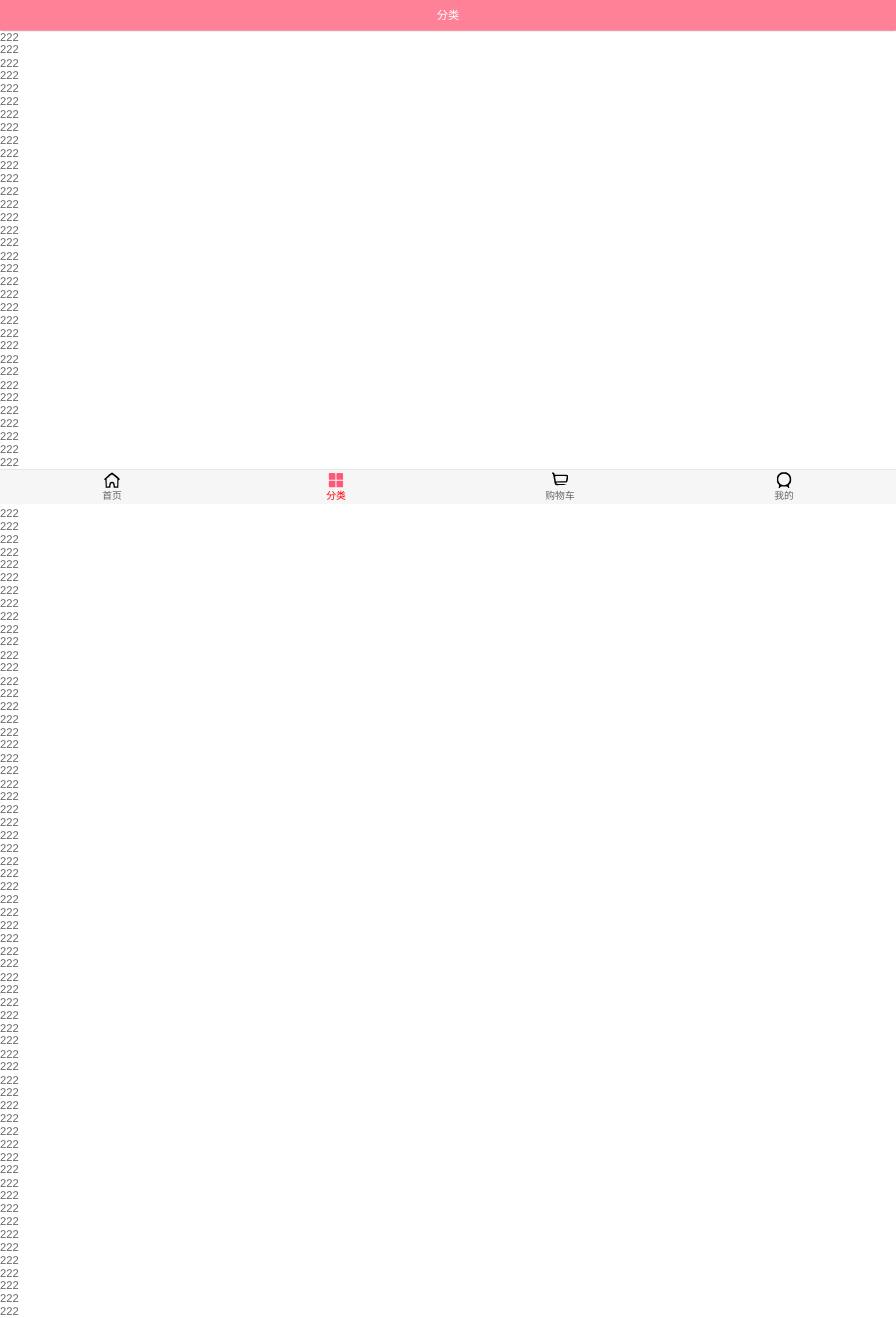
Repository: bymio/mall
Page: /category
The author's editor kept a copy of each file at every save. The page is drawn from the files as they stood at one save, then again after a run of saves.
The browser window is 1280 px wide. The pictures show the whole page, at 70% of full size.
The project was rebuilt for these pictures with package versions that can differ from the ones it lists, and the page was loaded fresh each time. Also part of the build but not shown: vue.config.js.

Above is the page before, as saved 2021-06-22 18:43:57.

After the next 12 saves:
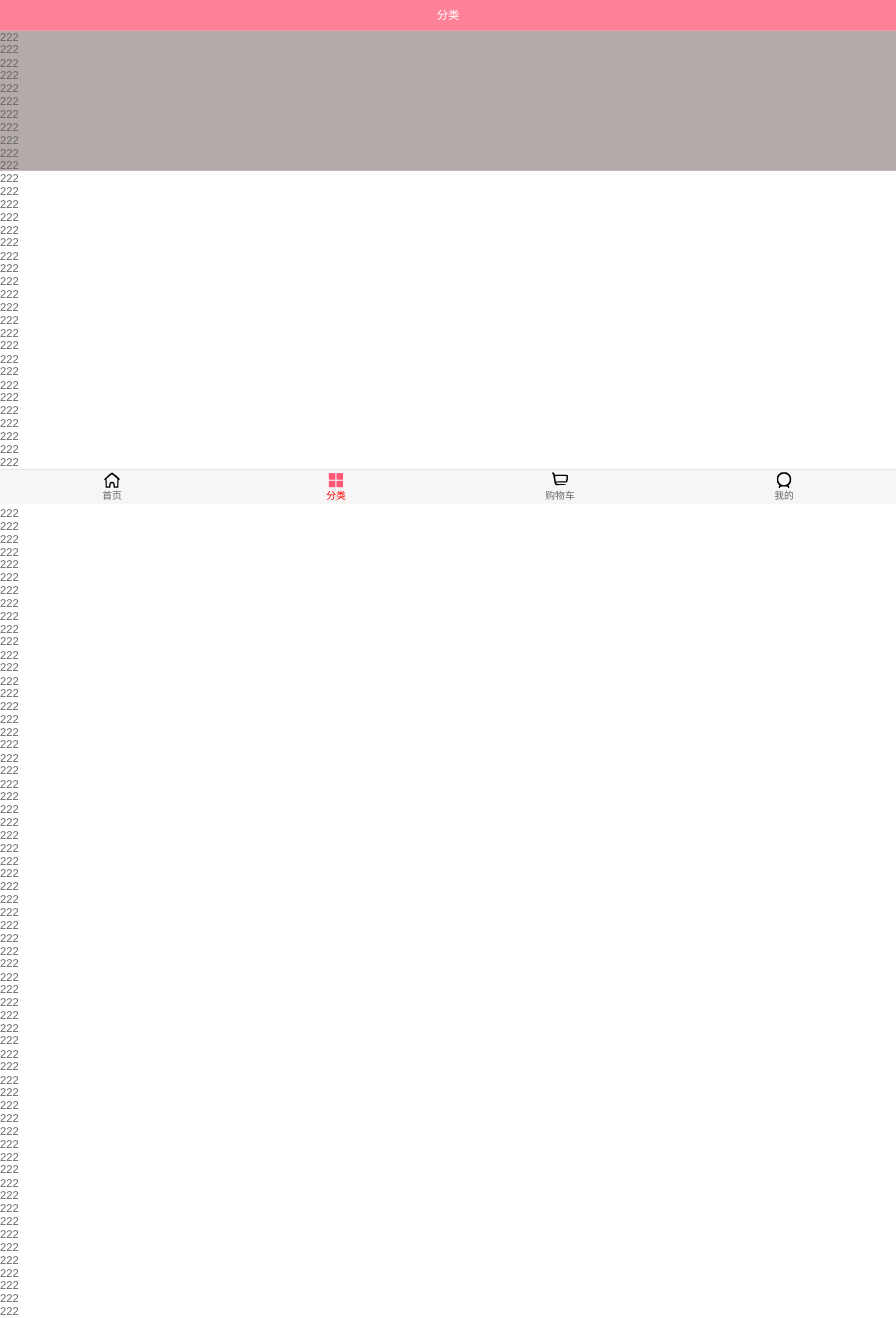
The 12 saves are shown as one change because they came seconds apart.
The last was saved 3 min 10 s later.
--- a/src/views/category/Category.vue
+++ b/src/views/category/Category.vue
@@ -131,4 +131,8 @@ export default {
   background: var(--color-tint);
   color: white;
 }
+.wrapper{
+  height: 200px;
+  background-color: rgb(180, 170, 170);
+}
 </style>
